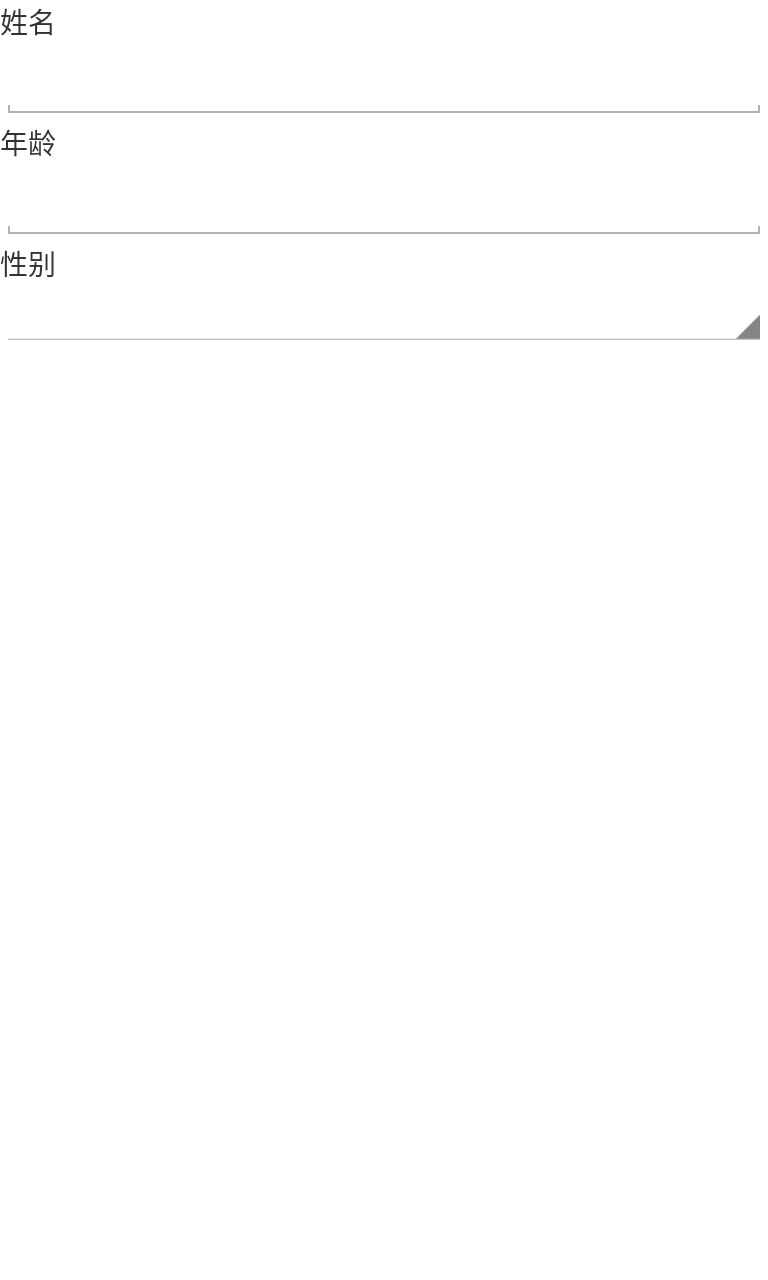
Repository: superlikex/Android_task
Layout: DatabaseTest/res/layout/activity_set.xml
These files come from the project's save history. The layout is drawn as it stood at one moment and after the next save; the edit follows.
It is drawn on a 768 x 1280 px phone screen (xhdpi) without system bars, with theme AppTheme; the app's code is not run.

Above is the layout before, as saved 2015-12-06 06:11:13.

### DatabaseTest/res/layout/activity_set.xml
<?xml version="1.0" encoding="utf-8"?>
<LinearLayout xmlns:android="http://schemas.android.com/apk/res/android"
    android:layout_width="match_parent"
    android:layout_height="match_parent"
    android:orientation="vertical" >

     <TextView
        android:id="@+id/text_name"
        android:layout_width="wrap_content"
        android:layout_height="wrap_content"
        android:text="姓名" />

    <EditText
        android:id="@+id/edit_name"
        android:layout_width="match_parent"
        android:layout_height="wrap_content"
        android:ems="10" >


    </EditText>

    <TextView
        android:id="@+id/text_age"
        android:layout_width="wrap_content"
        android:layout_height="wrap_content"
        android:text="年龄" />

    <EditText
        android:id="@+id/edit_age"
        android:layout_width="match_parent"
        android:layout_height="wrap_content"
        android:ems="10"
        android:inputType="number" />

    <TextView
        android:id="@+id/text_sex"
        android:layout_width="wrap_content"
        android:layout_height="wrap_content"
        android:text="性别" />

    <Spinner
        android:id="@+id/spin_sex"
        android:layout_width="match_parent"
        android:layout_height="wrap_content" />



</LinearLayout>

Loaded but not shown: DatabaseTest/res/values/styles.xml (common file); DatabaseTest/res/values-v11/styles.xml (common file); DatabaseTest/res/values-v14/styles.xml (common file)

After the next save:
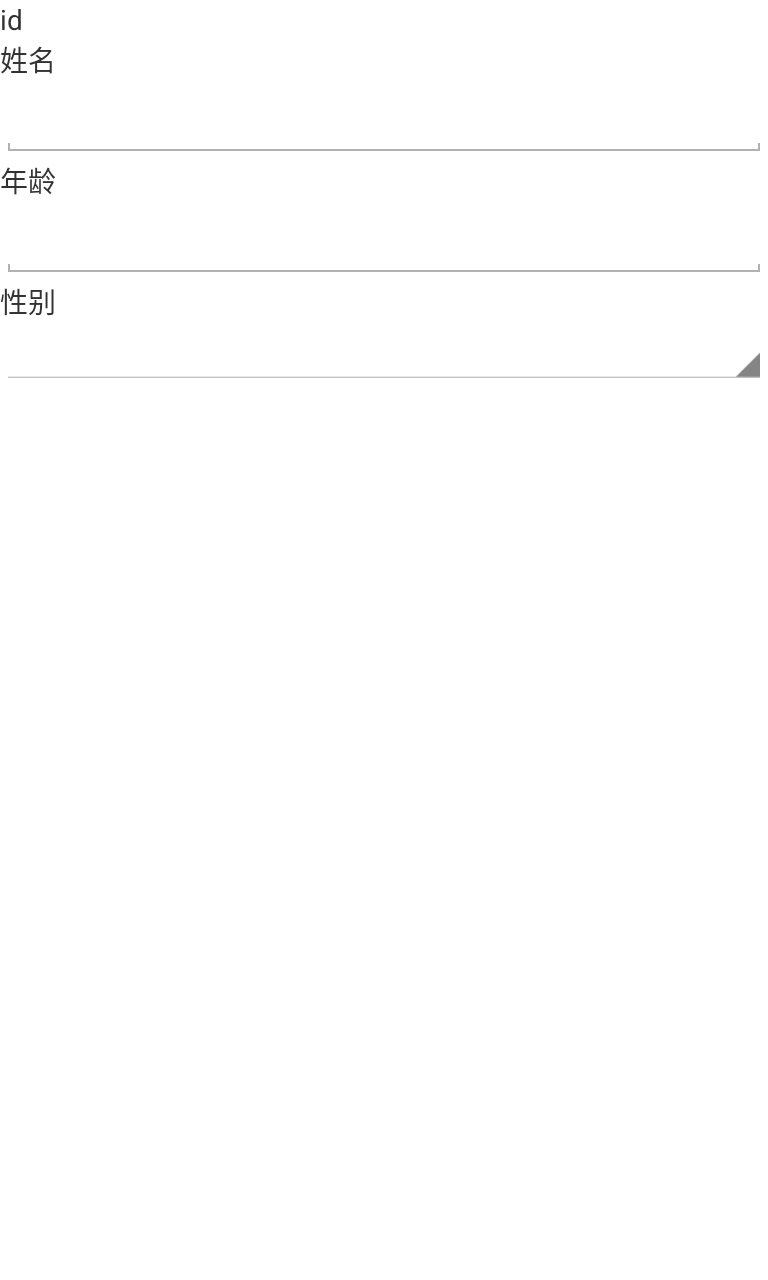
Saved 29 s later.
--- a/DatabaseTest/res/layout/activity_set.xml
+++ b/DatabaseTest/res/layout/activity_set.xml
@@ -3,6 +3,11 @@
     android:layout_width="match_parent"
     android:layout_height="match_parent"
     android:orientation="vertical" >
+       <TextView
+        android:id="@+id/text_id"
+        android:layout_width="wrap_content"
+        android:layout_height="wrap_content"
+        android:text="id" />
 
      <TextView
         android:id="@+id/text_name"
